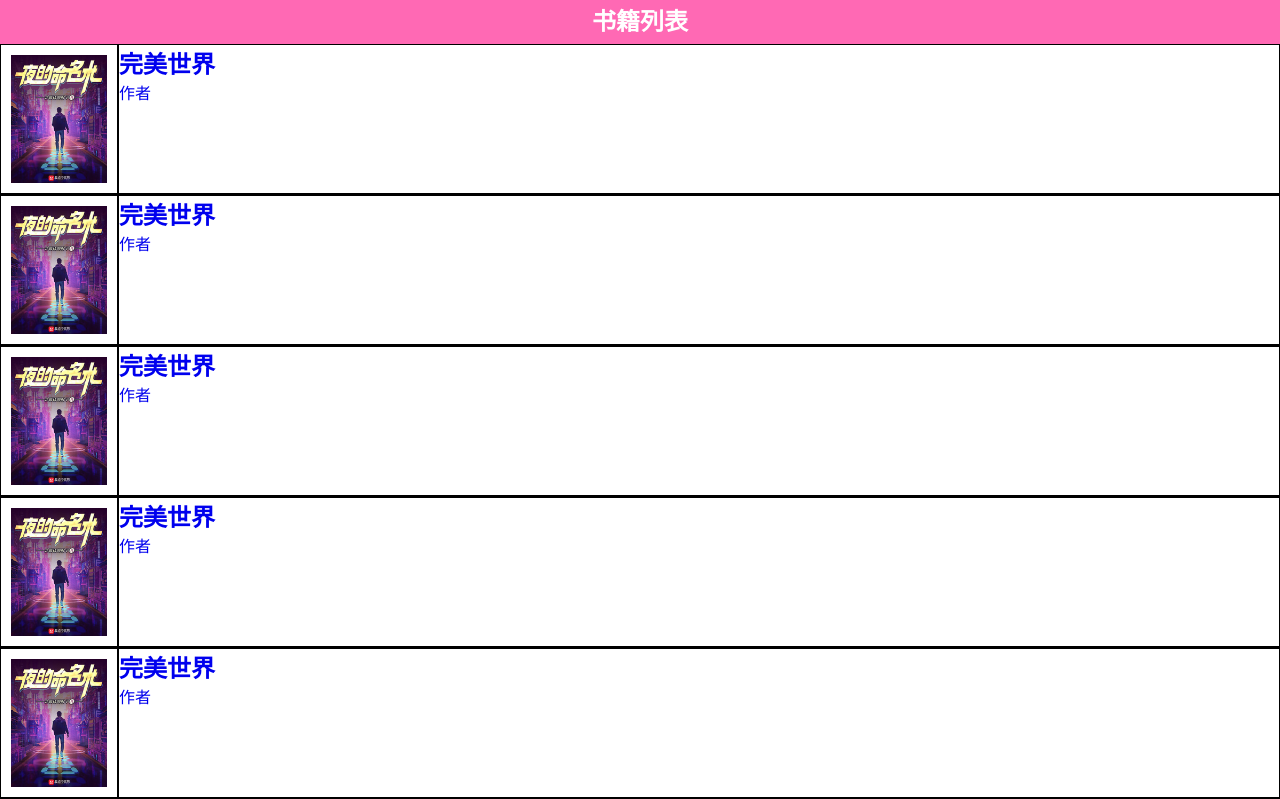
Repository: razzh7/javascript-demo
Page: 自动阅读插件/index.html
The author's editor kept a copy of each file at every save. The page is drawn from the files as they stood at one save, then again after the next save.
The browser window is 1280 px wide. The pictures show the whole page.

Above is the page before, as saved 2021-06-29 10:37:18.

### 自动阅读插件/index.html
<!DOCTYPE html>
<html lang="cn">
<head>
  <meta charset="UTF-8">
  <meta http-equiv="X-UA-Compatible" content="IE=edge">
  <meta name="viewport" content="width=device-width, initial-scale=1.0">
  <title>Document</title>
  <link rel="stylesheet" href="./css/common.css" />
  <link rel="stylesheet" href="./css/index.css" />
</head>
<body>
  <div class="list-hd">
    <h2>书籍列表</h2>
  </div>
  <div class="container">
    <ul class="bk-list">
      <li class="list-item">
        <a href="#" class="item-lk">
          <div class="bk-pic">
            <img src="./img/180.jpg" alt="">
          </div>
          <div class="bk-info">
            <h2>完美世界</h2>
            <p>作者</p>
          </div>
        </a>
      </li>
      <li class="list-item">
        <a href="#" class="item-lk">
          <div class="bk-pic">
            <img src="./img/180.jpg" alt="">
          </div>
          <div class="bk-info">
            <h2>完美世界</h2>
            <p>作者</p>
          </div>
        </a>
      </li>
      <li class="list-item">
        <a href="#" class="item-lk">
          <div class="bk-pic">
            <img src="./img/180.jpg" alt="">
          </div>
          <div class="bk-info">
            <h2>完美世界</h2>
            <p>作者</p>
          </div>
        </a>
      </li>
      <li class="list-item">
        <a href="#" class="item-lk">
          <div class="bk-pic">
            <img src="./img/180.jpg" alt="">
          </div>
          <div class="bk-info">
            <h2>完美世界</h2>
            <p>作者</p>
          </div>
        </a>
      </li>
      <li class="list-item">
        <a href="#" class="item-lk">
          <div class="bk-pic">
            <img src="./img/180.jpg" alt="">
          </div>
          <div class="bk-info">
            <h2>完美世界</h2>
            <p>作者</p>
          </div>
        </a>
      </li>
    </ul>
  </div>
</body>
</html>

### 自动阅读插件/css/common.css
body {
  margin: 0;
}
div {
  box-sizing: border-box;
}
h1,
h2,
h3,
h4,
h5,
h6,p {
  margin: 0;
}
ul {
  margin: 0;
  padding: 0;
}
img {
  height: 100%;
}
a {
  text-decoration: none;
}

### 自动阅读插件/css/index.css
/* 外盒子height44px */
/* background-color为什么写在color上面 */
/* 内联元素最好不要嵌套块级元素 */
/* 公共样式写img height100% -> 给img的父盒子设置宽度就可以适应高度了 */
/* 两栏32' */
/* 38' common样式表 */
/* 标准黑： #424242 */
/* 文字省略3大件
overflow: hidden
text-overflow: ellipsis
wihite-space: nowrap */
.list-hd {
  height: 44px;
  line-height: 44px;
  text-align: center;
  background-color: hotpink;
  color: #fff;
}
.container .list-item {
  height: 150px;
  border-bottom: 1px solid #000;
}
.container .list-item .item-lk {
  position: relative;
  display: block;
  height: 100%;
}
.container .list-item .bk-pic {
  position: absolute;
  top: 0;
  left: 0;
  padding: 10px;
  height: 100%;
  border: 1px solid #000;
}
.container .list-item .bk-info {
  border: 1px solid #000;
  margin-left: 118px;
  height: 100%;
}

After the next save:
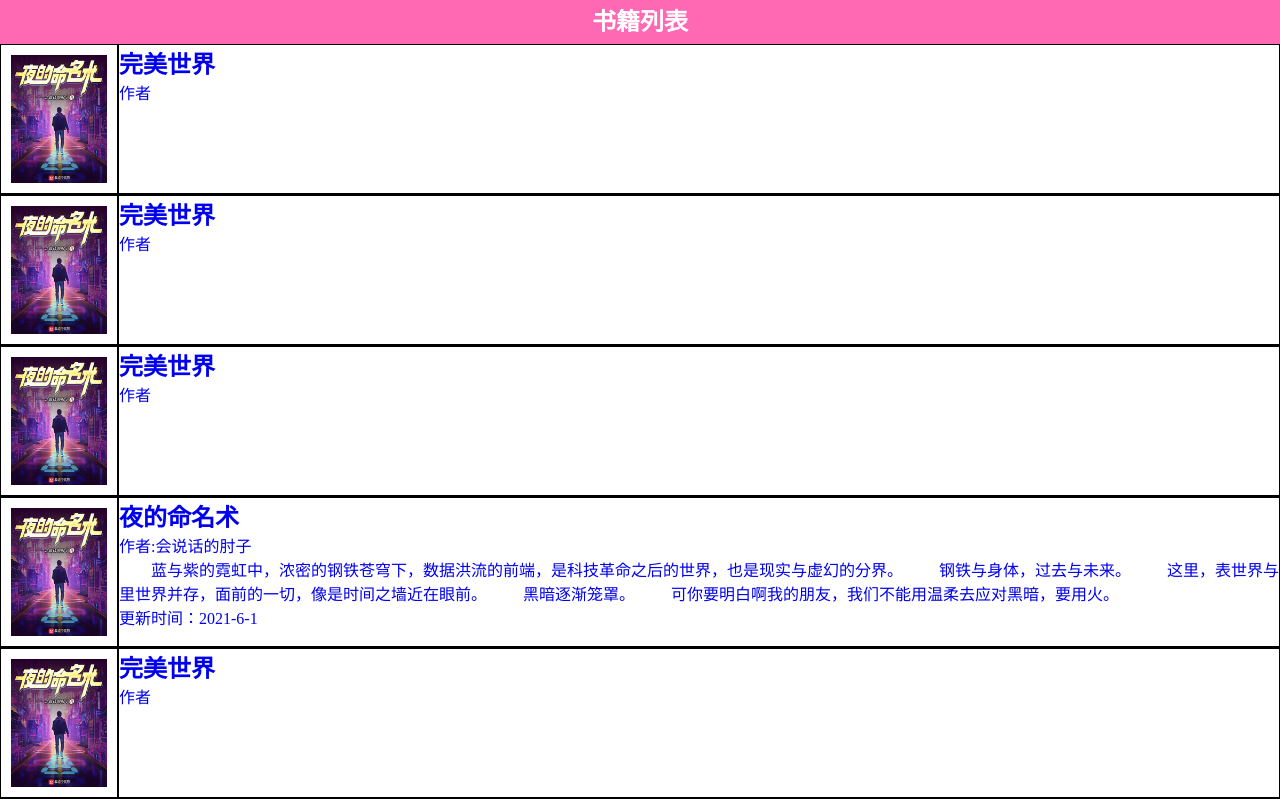
Saved 5 min 1 s later.
--- a/自动阅读插件/index.html
+++ b/自动阅读插件/index.html
@@ -53,8 +53,14 @@
             <img src="./img/180.jpg" alt="">
           </div>
           <div class="bk-info">
-            <h2>完美世界</h2>
-            <p>作者</p>
+            <h2>夜的命名术</h2>
+            <p>作者:会说话的肘子</p>
+            <p>　　蓝与紫的霓虹中，浓密的钢铁苍穹下，数据洪流的前端，是科技革命之后的世界，也是现实与虚幻的分界。
+              　　钢铁与身体，过去与未来。
+              　　这里，表世界与里世界并存，面前的一切，像是时间之墙近在眼前。
+              　　黑暗逐渐笼罩。
+              　　可你要明白啊我的朋友，我们不能用温柔去应对黑暗，要用火。</p>
+            <p>更新时间：2021-6-1</p>
           </div>
         </a>
       </li>
